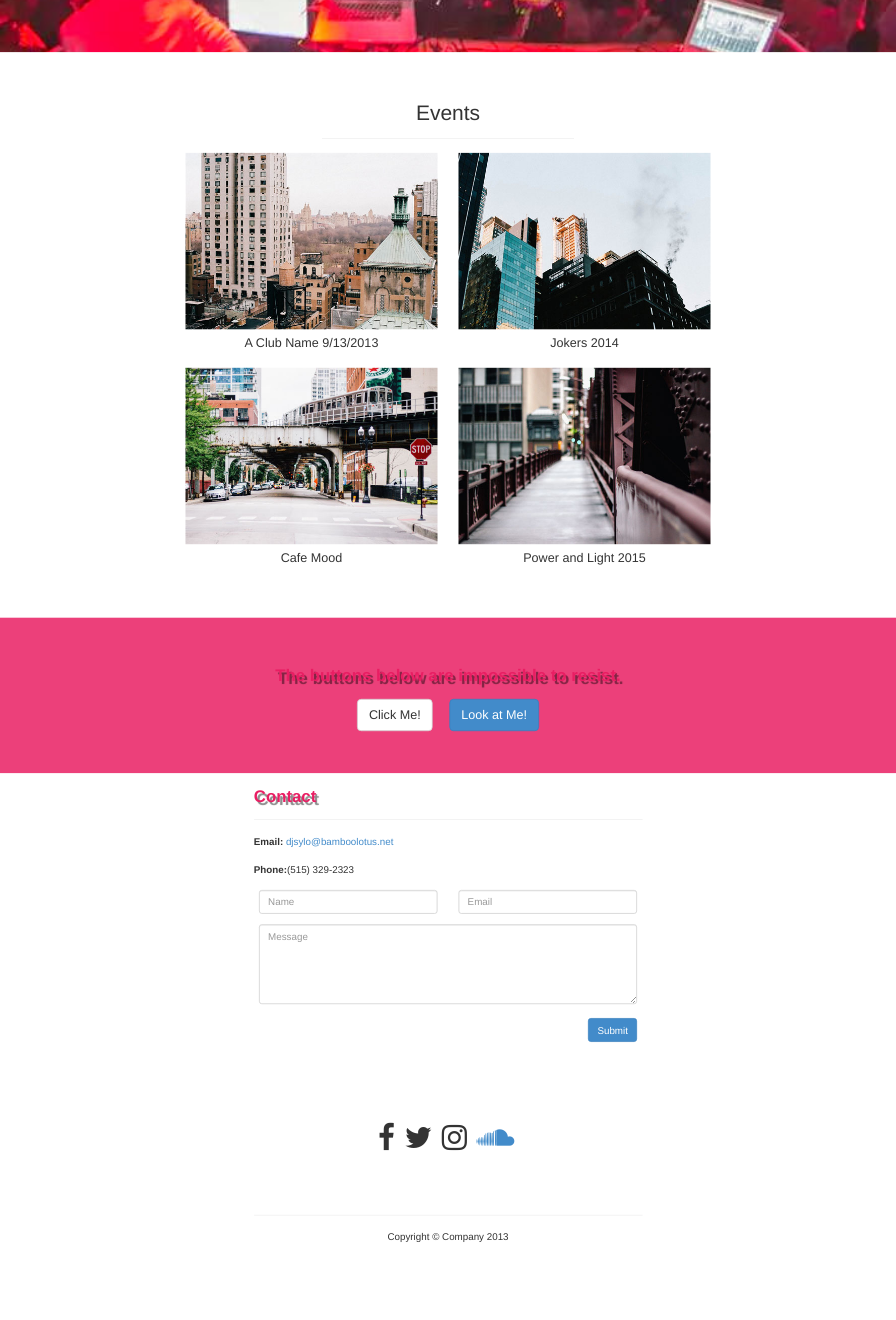
Repository: BambooXLotus/DjSylo
Page: client/index.html
The author's editor kept a record of every edit. The page is drawn from the files as they stood at one moment, then again after the next edit.
The browser window is 1280 px wide. The pictures show the part of the page from y = 2369 to 4289 px (the page is 4255 px tall before and 4289 px after), at 70% of full size.
Some icons come from a web library that is not loaded, so they are not drawn. Backgrounds fixed to the window are drawn as part of the page. Some web libraries are served in a nearby version.

Above is the page before.

### client/index.html
<!DOCTYPE html>
<html lang="en">

<head>
    <meta charset="utf-8">
    <meta name="viewport" content="width=device-width, initial-scale=1.0">
    <meta name="description" content="">
    <meta name="author" content="">
    <title>DJ Sylo</title>
    <!-- Bootstrap core CSS
        -->
    <link href="css/bootstrap.css" rel="stylesheet">
    <!-- Add custom CSS here -->
    <link href="css/stylish-portfolio.css" rel="stylesheet">
    <link href="//maxcdn.bootstrapcdn.com/font-awesome/4.1.0/css/font-awesome.min.css" rel="stylesheet">
    <link href="css/nanogallery.min.css" rel="stylesheet" type="text/css">
</head>

<body>
    <!-- Side Menu -->
    <nav class="navbar navbar-fixed-top navbar-inverse" role="navigation">
        <div class="container">
            <div class="navbar-header">
                <button type="button" class="navbar-toggle" data-toggle="collapse" data-target=".navbar-ex1-collapse">
                    <span class="sr-only">Toggle navigation</span>
                    <span class="icon-bar"></span>
                    <span class="icon-bar"></span>
                    <span class="icon-bar"></span>
                </button>
                <a class="navbar-brand" href="index.php">DJ <b>Sylo</b></a>
            </div>
            <!-- Collect the nav links, forms, and other content for toggling -->
            <div class="collapse navbar-collapse navbar-ex1-collapse">
                <ul class="nav navbar-nav">
                    <li>
                        <a href="#top">Home</a>
                    </li>
                    <li>
                        <a href="#about">About</a>
                    </li>
                    <li>
                        <a href="#gallery">Gallery</a>
                    </li>
                    <li>
                        <a href="#services">Events</a>
                    </li>
                    <li>
                        <a href="#portfolio">Equipment</a>
                    </li>
                    <li>
                        <a href="#portfolio">Discography</a>
                    </li>
                    <li>
                        <a href="#contact">Contact</a>
                    </li>
                </ul>
            </div>
            <!-- /.navbar-collapse -->
        </div>
        <!-- /.container -->
    </nav>
    <!-- /Side Menu -->
    <!-- Full Page Image Header Area -->
    <div id="top" class="header">
        <div class="vert-text">
            <div class="hero">
                <h1>DJ <b>Sylo</b></h1>
                <a href="#contact" class="btn btn-lg btn-default">Contact</a>
            </div>
        </div>
    </div>
    <!-- /Full Page Image Header Area -->
    <!-- Intro -->
    <div id="about" class="about">
        <div class="container">
            <div class="row">
                <div class="col-md-3 col-md-offset-1">
                    <img class="img-circle img-responsive circle-shadow" src="img/portrait-sm.jpg">
                </div>
                <div class="col-md-6 col-xs-12">
                    <div class="panel panel-default dialog">
                        <div class="panel-heading">
                            <h3>DJ Sylo</h3>
                        </div>
                        <div class="panel-body">
                            <h4>Kansas City, MO</h4>
                            <p>Style: Electronic, Pop, Hip hop.</p>
                            <p>Inpsirations: DJ Deren, DJ Bamboo, Calvin Harris, DJ Somsanith.</p>
                            <p>is simply dummy text of the printing and typesetting industry. Lorem Ipsum has been the industry's standard dummy text ever since the 1500s, when an unknown printer took a galley of type and scrambled it to make a type specimen
                                book. It has survived not only five centuries, but also the leap into electronic typesetting, remaining essentially unchanged. It was popularised in the 1960s with the release of Letraset sheets containing Lorem Ipsum passages,
                                and more recently with desktop publishing software like Aldus PageMaker including versions of Lorem Ipsum.</p>

                            <p>If you would like information on booking please contact me at djsylo@bamboolotus.net</p>
                        </div>
                    </div>
                </div>
            </div>
        </div>
    </div>
    <!-- /Intro -->
    <!-- Gallery -->
    <div id="gallery" class="gallery">
        <div class="container">
            <div class="row">
                <div class="col-md-6 col-md-offset-3 text-center">
                    <h2>Gallery</h2>
                </div>
            </div>
            <div class="row">
                <div class="col-md-10 col-md-offset-1 col-xs-12 text-center">
                    <div id="nanoGallery2"></div>
                </div>
            </div>
        </div>
    </div>
    <!-- /Gallery -->
    <!-- Services -->
    <div id="services" class="services">
        <div class="container">
            <div class="row">
                <div class="col-md-4 col-md-offset-4 text-center">
                    <h2>Our Services</h2>
                    <hr>
                </div>
            </div>
            <div class="row">
                <div class="col-md-offset-3 col-md-6">
                    <iframe width="100%" height="166" scrolling="no" frameborder="no" src="https://w.soundcloud.com/player/?url=https%3A//api.soundcloud.com/tracks/160960689&amp;color=ff5500&amp;auto_play=false&amp;hide_related=false&amp;show_comments=true&amp;show_user=true&amp;show_reposts=false"></iframe>
                </div>
            </div>
            <div class="row">
                <div class="col-md-2 col-md-offset-2 text-center">
                    <div class="service-item">
                        <i class="service-icon fa fa-rocket"></i>
                        <h4>Special Events</h4>
                        <p>6 hours of Djing, equipment bl</p>
                    </div>
                </div>
                <div class="col-md-2 text-center">
                    <div class="service-item">
                        <i class="service-icon fa fa-magnet"></i>
                        <h4>Problem Solving</h4>
                        <p>Need to know how magnets work? Our problem solving solutions team can help you identify problems and conduct exploratory research.</p>
                    </div>
                </div>
                <div class="col-md-2 text-center">
                    <div class="service-item">
                        <i class="service-icon fa fa-shield"></i>
                        <h4>Blacksmithing</h4>
                        <p>Planning a time travel trip to the middle ages? Preserve the space time continuum by blending in with period accurate armor and weapons.</p>
                    </div>
                </div>
                <div class="col-md-2 text-center">
                    <div class="service-item">
                        <i class="service-icon fa fa-pencil"></i>
                        <h4>Pencil Sharpening</h4>
                        <p>We've been voted the best pencil sharpening service for 10 consecutive years. If you have a pencil that feels dull, we'll get it sharp!</p>
                    </div>
                </div>
            </div>
        </div>
    </div>
    <!-- /Services -->
    <!-- Callout -->
    <div class="callout">
        <div class="vert-text">
            <h1>DJ Sylo</h1>
        </div>
    </div>
    <!-- /Callout -->
    <!-- Portfolio -->
    <div id="portfolio" class="portfolio">
        <div class="container">
            <div class="row">
                <div class="col-md-4 col-md-offset-4 text-center">
                    <h2>Events</h2>
                    <hr>
                </div>
            </div>
            <div class="row">
                <div class="col-md-4 col-md-offset-2 text-center">
                    <div class="portfolio-item">
                        <a href="#">

                            <img class="img-portfolio img-responsive" src="img/portfolio-1.jpg">

                        </a>
                        <h4>A Club Name 9/13/2013</h4>
                    </div>
                </div>
                <div class="col-md-4 text-center">
                    <div class="portfolio-item">
                        <a href="#">

                            <img class="img-portfolio img-responsive" src="img/portfolio-2.jpg">

                        </a>
                        <h4>Jokers 2014</h4>
                    </div>
                </div>
            </div>
            <div class="row">
                <div class="col-md-4 col-md-offset-2 text-center">
                    <div class="portfolio-item">
                        <a href="#">

                            <img class="img-portfolio img-responsive" src="img/portfolio-3.jpg">

                        </a>
                        <h4>Cafe Mood</h4>
                    </div>
                </div>
                <div class="col-md-4 text-center">
                    <div class="portfolio-item">
                        <a href="#">

                            <img class="img-portfolio img-responsive" src="img/portfolio-4.jpg">

                        </a>
                        <h4>Power and Light 2015</h4>
                    </div>
                </div>
            </div>
        </div>
    </div>
    <!-- /Portfolio -->
    <!-- Call to Action -->
    <div class="call-to-action">
        <div class="container">
            <div class="row">
                <div class="col-md-6 col-md-offset-3 text-center">
                    <h3>The buttons below are impossible to resist.</h3>
                    <a href="#" class="btn btn-lg btn-default">Click Me!</a>
                    <a href="#" class="btn btn-lg btn-primary">Look at Me!</a>
                </div>
            </div>
        </div>
    </div>
    <!-- /Call to Action -->
    <!-- Map -->
    <div id="contact">
        <div class="container">
            <div class="row">
                <div class="col-md-6 col-md-offset-3">
                    <h3>Contact</h3>
                    <hr>
                    <address>
                            <strong>Email:</strong>
                            <a href="mailto:#">djsylo@bamboolotus.net</a>
                            <br>
                            <br>
                            <strong>Phone:</strong>(515) 329-2323</address>
                </div>
            </div>
            <div>
                <div class="col-md-6 col-md-offset-3 contact-form">
                    <form id="contact" method="post" class="form" role="form">
                        <div class="row">
                            <div class="col-xs-6 col-md-6 form-group">
                                <input class="form-control" id="name" name="name" placeholder="Name" type="text" />
                            </div>
                            <div class="col-xs-6 col-md-6 form-group">
                                <input class="form-control" id="email" name="email" placeholder="Email" type="email" required />
                            </div>
                        </div>
                        <textarea class="form-control" id="message" name="message" placeholder="Message" rows="5"></textarea>
                        <br />
                        <div class="row">
                            <div class="col-xs-12 col-md-12 form-group">
                                <button class="btn btn-primary pull-right" type="submit">Submit</button>
                            </div>
                        </div>
                    </form>
                </div>
            </div>
        </div>
    </div>
    <!-- /Map -->
    <!-- Footer -->
    <footer>
        <div class="container">
            <div class="row">
                <div class="col-md-6 col-md-offset-3 text-center">
                    <ul class="list-inline">
                        <li>
                            <i class="fa fa-facebook fa-3x"></i>
                        </li>
                        <li>
                            <i class="fa fa-twitter fa-3x"></i>
                        </li>
                        <li>
                            <i class="fa fa-instagram fa-3x"></i>
                        </li>
                         <li>
                            <a class="fa fa-soundcloud fa-3x" href="https://soundcloud.com/bambooproduction/sets"></a>
                        </li>
                    </ul>
                    <div class="top-scroll">
                        <a href="#top"><i class="fa fa-circle-arrow-up scroll fa-4x"></i></a>
                    </div>
                    <hr>
                    <p>Copyright &copy; Company 2013</p>
                </div>
            </div>
        </div>
    </footer>
    <!-- /Footer -->
    <!-- JavaScript -->
    <script src="js/jquery-1.10.2.js"></script>
    <script src="js/bootstrap.js"></script>

    <!-- nanoGALLERY plugin files -->
    <script type="text/javascript" src="js/jquery.nanogallery.min.js"></script>
    <!-- Custom JavaScript for the Side Menu and Smooth Scrolling
        -->
    <script>
        $("#menu-close").click(function(e) {
            e.preventDefault();
            $("#sidebar-wrapper").toggleClass("active");
        });
    </script>
    <script>
        $("#menu-toggle").click(function(e) {
            e.preventDefault();
            $("#sidebar-wrapper").toggleClass("active");
        });
    </script>
    <script>
        $(function() {
            $('a[href*=#]:not([href=#])').click(function() {
                if (location.pathname.replace(/^\//, '') == this.pathname.replace(/^\//, '') || location.hostname == this.hostname) {

                    var target = $(this.hash);
                    target = target.length ? target : $('[name=' + this.hash.slice(1) + ']');
                    if (target.length) {
                        $('html,body').animate({
                            scrollTop: target.offset().top
                        }, 1000);
                        return false;
                    }
                }
            });

            $("#nanoGallery2").nanoGallery({
                thumbnailWidth: 'auto',
                thumbnailHeight: 200,
                userID: 'derensomsanith@gmail.com',
                kind: 'picasa',
                album: '6020738059883313137',
                colorSchemeViewer: 'light',
                thumbnailHoverEffect: [{
                    name: 'labelAppear75',
                    duration: 300
                }],
                thumbnailGutterWidth: 1,
                thumbnailGutterHeight: 1,
                i18n: {
                    thumbnailImageDescription: 'View Photo',
                    thumbnailAlbumDescription: 'Open Album'
                },
                thumbnailLabel: {
                    display: true,
                    position: 'overImageOnMiddle',
                    align: 'center'
                },
                photoSorting: 'random',
                lazyBuild: 'loadData',
                lazyBuildTreshold: 300
            });

        });
    </script>
</body>

</html>

### client/css/stylish-portfolio.css
/* Global Styles */

html,
body {
  height: 100%;
  width: 100%;
}
h1 {
  color: #e91e63;
  text-shadow: 4px 4px 1px rgba(0, 0, 0, 0.45);
}
h3 {
  color: #e91e63;
  text-shadow: 4px 4px 1px rgba(0, 0, 0, 0.45);
  font-weight: bold;
}
.vert-text {
  display: table-cell;
  vertical-align: middle;
  text-align: center;
}
.vert-text h1 {
  padding: 0;
  margin: 0;
  font-size: 4.5em;
  font-weight: 700;
}
/* Side Menu */

#sidebar-wrapper {
  margin-right: -250px;
  right: 0;
  width: 250px;
  background: #000;
  position: fixed;
  height: 100%;
  overflow-y: auto;
  z-index: 1000;
  -webkit-transition: all 0.4s ease 0s;
  -moz-transition: all 0.4s ease 0s;
  -ms-transition: all 0.4s ease 0s;
  -o-transition: all 0.4s ease 0s;
  transition: all 0.4s ease 0s;
}
.sidebar-nav {
  position: absolute;
  top: 0;
  width: 250px;
  list-style: none;
  margin: 0;
  padding: 0;
}
.sidebar-nav li {
  line-height: 40px;
  text-indent: 20px;
}
.sidebar-nav li a {
  color: #999999;
  display: block;
  text-decoration: none;
}
.sidebar-nav li a:hover {
  color: #fff;
  background: rgba(255, 255, 255, 0.2);
  text-decoration: none;
}
.sidebar-nav li a:active,
.sidebar-nav li a:focus {
  text-decoration: none;
}
.sidebar-nav > .sidebar-brand {
  height: 55px;
  line-height: 55px;
  font-size: 18px;
}
.sidebar-nav > .sidebar-brand a {
  color: #999999;
}
.sidebar-nav > .sidebar-brand a:hover {
  color: #fff;
  background: none;
}
#menu-toggle {
  top: 0;
  right: 0;
  position: fixed;
  z-index: 1;
}
#sidebar-wrapper.active {
  right: 250px;
  width: 250px;
  -webkit-transition: all 0.4s ease 0s;
  -moz-transition: all 0.4s ease 0s;
  -ms-transition: all 0.4s ease 0s;
  -o-transition: all 0.4s ease 0s;
  transition: all 0.4s ease 0s;
}
.toggle {
  margin: 5px 5px 0 0;
}
/* Full Page Image Header Area */

.header {
  display: table;
  height: 100%;
  width: 100%;
  position: relative;
  background: url(../img/DJSyloJumbotron.jpeg) no-repeat center center fixed;
  -webkit-background-size: cover;
  -moz-background-size: cover;
  -o-background-size: cover;
  background-size: cover;
}
/* Intro */

.intro {
  padding: 50px 0;
}
/* About */

.about {
  background: #f8bbd0;
  padding: 50px 0;
}
/* Services */

.services {
  background: #f8bbd0;
  padding: 50px 0;
  color: #ffffff;
}
.service-item {
  margin-bottom: 15px;
}
i.service-icon {
  border: 3px solid #ffffff;
  border-radius: 50%;
  display: inline-block;
  font-size: 56px;
  width: 140px;
  height: 140px;
  line-height: 136px;
  vertical-align: middle;
  text-align: center;
}
/* Callout */

.callout {
  color: #ffffff;
  display: table;
  height: 400px;
  width: 100%;
  background: url(../img/callout_DJSylo.jpeg) no-repeat center center fixed;
  -webkit-background-size: cover;
  -moz-background-size: cover;
  -o-background-size: cover;
  background-size: cover;
}
/* Portfolio */

.portfolio {
  padding: 50px 0;
}
.portfolio-item {
  margin-bottom: 25px;
}
.img-portfolio {
  margin: 0 auto;
}
/* Call to Action */

.call-to-action {
  color: #ffffff;
  background: #ec407a;
  padding: 50px 0;
}
.call-to-action .btn {
  margin: 10px;
}
/* Map */

.map {
  height: 500px;
}
/* Footer */

footer {
  padding: 100px 0;
}
.top-scroll {
  margin-top: 50px;
}
.top-scroll a {
  text-decoration: none;
  color: inherit;
}
i.scroll {
  color: #333333;
}
i.scroll:hover {
  color: #0a5175;
}
/* Responsive */

@media (max-width: 768px) {
  .header {
    background: url(../img/DJSyloJumbotron.jpeg) no-repeat center center scroll;
  }
  .callout {
    background: url(../img/callout_DJSylo.jpeg) no-repeat center center scroll;
  }
  .map {
    height: 75%;
  }
}
html,
body {
  height: 100%;
}
.carousel,
.item,
.active {
  height: 100%;
}
.carousel-inner {
  height: 100%;
}
.fill {
  width: 100%;
  height: 100%;
  background-position: center;
  background-size: cover;
}
/* faster sliding speed */

.carousel-inner > .item {
  -webkit-transition: 0.3s ease-in-out left;
  -moz-transition: 0.3s ease-in-out left;
  -o-transition: 0.3s ease-in-out left;
  transition: 0.3s ease-in-out left;
}
/* keep full widget on smaller screens */

@media (max-width: 767px) {
  body {
    padding-left: 0;
    padding-right: 0;
  }
}
#galleryContainer {
  background: #DDD;
  max-width: 1000px;
  max-height: 500px;
}
.item img {
  width: 50%;
}
.item.w2 {
  width: 25%;
}

.panel-heading{
  background-color: transparent !important;
  border-bottom: 0px;
}

.circle-shadow{
      box-shadow: 0 19px 38px rgba(0,0,0,0.30);
}

    /* Card, Dialog */
    .card, .dialog {
      border-radius: 2px;
      border: 0px;
      position: relative;
      display: inline-block;
      vertical-align: top;
      background-color: #fff;
      box-shadow: 0 12px 15px 0 rgba(0, 0, 0, 0.24);
    }

Loaded but not shown: client/css/bootstrap.css (library); client/css/nanogallery.min.css (library); client/js/jquery-1.10.2.js (library); client/js/bootstrap.js (library); client/js/jquery.nanogallery.min.js (library)

After the next edit:
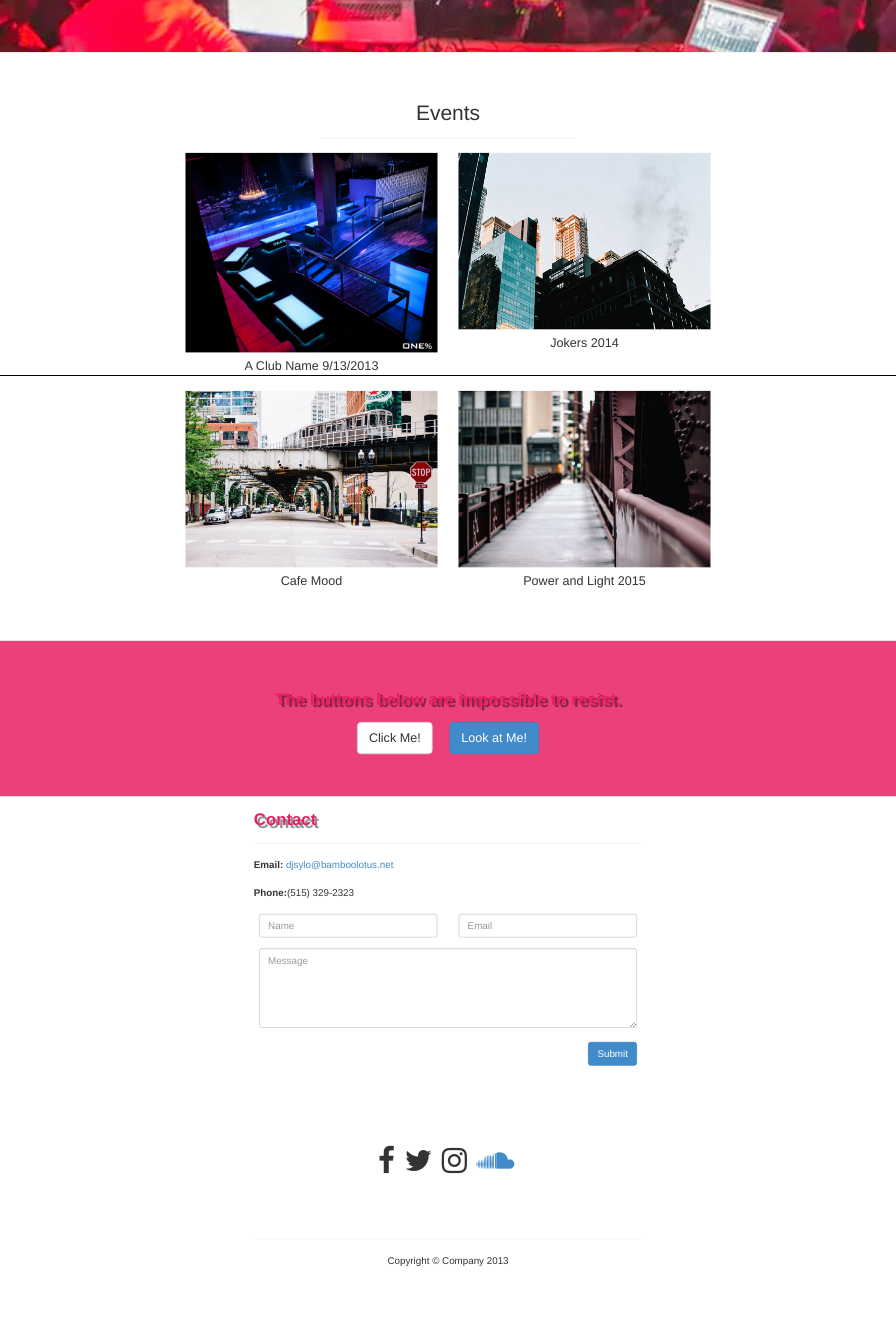
The edit:
--- a/client/index.html
+++ b/client/index.html
@@ -182,7 +182,7 @@
                     <div class="portfolio-item">
                         <a href="#">
 
-                            <img class="img-portfolio img-responsive" src="img/portfolio-1.jpg">
+                            <img class="img-portfolio img-responsive" src="img/one-1.jpg">
 
                         </a>
                         <h4>A Club Name 9/13/2013</h4>
